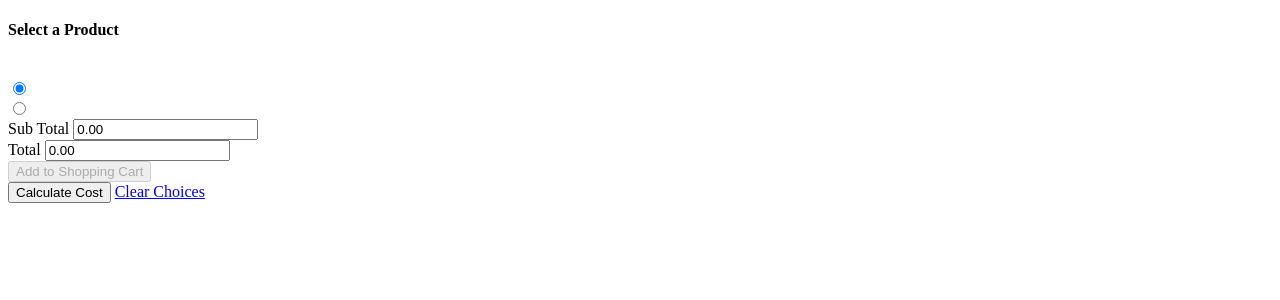
Repository: podgeomahony/is1113117413984
Page: http://localhost/ebusiness/Ebus1.php
The author's editor kept a record of every edit. The page is drawn from the files as they stood at one moment, then again after the next edit.
The browser window is 1280 px wide. The pictures show the whole page.
Some web libraries are served in a nearby version. The page is run by PHP 8.4 with error messages shown; the project is at /var/www/html/.

Above is the page before.

### ebusiness/Ebus1.php
<!DOCTYPE html>
<html>
    <head>
        <title>Select Product</title>

        <!--jQuery-->
        <script src="http://ajax.googleapis.com/ajax/libs/jquery/3.2.1/jquery.win.js"></script>
        <script type="text/javascript" src="cost_calc.js"></script>

        </head>

        <body>

            <h4>Select a Product</h4>

            <br/>

            <form method="POST" action="Ebus2.php">

               <label for ="salesforce">
                <input type = "radio" id="salesforce" name="product" checked onClick="disablebtnproceed()"
            SalesForce@ $100
               </label>

              <br/>

              <label for="aws">
                  <input type="radio" id="aws" name="product" onClick="disablebtnproceed()"
                  aws@ $300
              </label>

              <br/>

              <label for="subtotal">
                  Sub Total
                  <input type="text" id="subtotal" value="0.00" readonly/>
              </label>

              <br/>

                <label for="total">
                  Total
                  <input type="text" id="total" value="0.00" readonly/>
              </label>

              <br/>

              <button type= "submit" id="btnproceed" disabled>Add to Shopping Cart</button>

              </form>

              <br/>
              <button onClick="calcSub()">Calculate Cost</button>
              <a role="button" href="Ebus1.php">Clear Choices</a>





        </body>

### ebusiness/cost_calc.js
/* global $ */

function calcSub(){

    var argSubTotal;

    if(document.getElementById('salesforce').checked) {
      argSubTotal = 100;
    }
    else {
      argSubTotal = 300;
    }

    display(argSubTotal);
}

function display(parm1){

  document.getElementById("subtotal").value = parm1;
  document.getElementById("total").value = parm1;

  enablebtnProceed();
}


function enablebtnProceed(){
    $('#btnProceed').prop('disabled', false);
}

function disablebtnProceed() {
    $('#btnProceed').prop('disabled', true);
}

After the next edit:
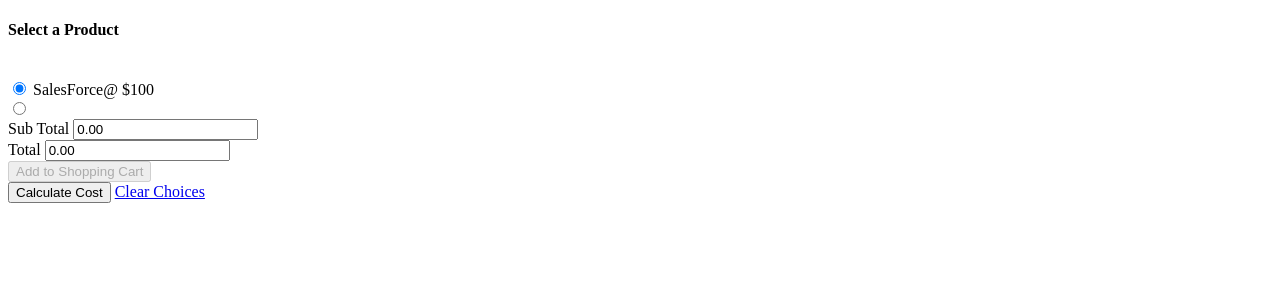
The edit:
--- a/ebusiness/Ebus1.php
+++ b/ebusiness/Ebus1.php
@@ -18,7 +18,8 @@
             <form method="POST" action="Ebus2.php">
 
                <label for ="salesforce">
-                <input type = "radio" id="salesforce" name="product" checked onClick="disablebtnproceed()"
+                <input type = "radio" id="salesforce" name="product" checked onClick="disablebtnproceed()" />
+
             SalesForce@ $100
                </label>
 
